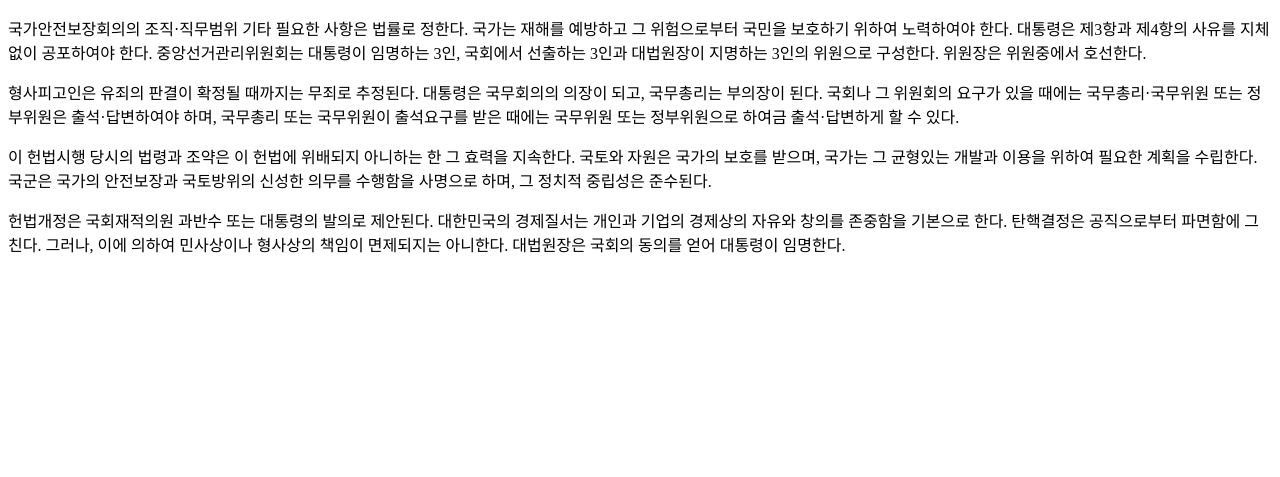
Repository: AkaKSR/Java_Convergence_New
Page: HTML0826/WebContent/Ex05.html
The author's editor kept a copy of each file at every save. The page is drawn from the files as they stood at one save, then again after the next save.
The browser window is 1280 px wide. The pictures show the whole page.

Above is the page before, as saved 2019-08-26 07:00:24.

### HTML0826/WebContent/Ex05.html
<!DOCTYPE html>
<html>
<head>
<meta charset="UTF-8">
<title>Insert title here</title>
</head>
<body>
	<p>국가안전보장회의의 조직·직무범위 기타 필요한 사항은 법률로 정한다. 국가는 재해를 예방하고 그 위험으로부터 국민을
		보호하기 위하여 노력하여야 한다. 대통령은 제3항과 제4항의 사유를 지체없이 공포하여야 한다. 중앙선거관리위원회는 대통령이
		임명하는 3인, 국회에서 선출하는 3인과 대법원장이 지명하는 3인의 위원으로 구성한다. 위원장은 위원중에서 호선한다.</p>

	<p>형사피고인은 유죄의 판결이 확정될 때까지는 무죄로 추정된다. 대통령은 국무회의의 의장이 되고, 국무총리는 부의장이
		된다. 국회나 그 위원회의 요구가 있을 때에는 국무총리·국무위원 또는 정부위원은 출석·답변하여야 하며, 국무총리 또는
		국무위원이 출석요구를 받은 때에는 국무위원 또는 정부위원으로 하여금 출석·답변하게 할 수 있다.</p>

	<p>이 헌법시행 당시의 법령과 조약은 이 헌법에 위배되지 아니하는 한 그 효력을 지속한다. 국토와 자원은 국가의 보호를
		받으며, 국가는 그 균형있는 개발과 이용을 위하여 필요한 계획을 수립한다. 국군은 국가의 안전보장과 국토방위의 신성한 의무를
		수행함을 사명으로 하며, 그 정치적 중립성은 준수된다.</p>

	<p>헌법개정은 국회재적의원 과반수 또는 대통령의 발의로 제안된다. 대한민국의 경제질서는 개인과 기업의 경제상의 자유와
		창의를 존중함을 기본으로 한다. 탄핵결정은 공직으로부터 파면함에 그친다. 그러나, 이에 의하여 민사상이나 형사상의 책임이
		면제되지는 아니한다. 대법원장은 국회의 동의를 얻어 대통령이 임명한다.</p>

</body>
</html>

After the next save:
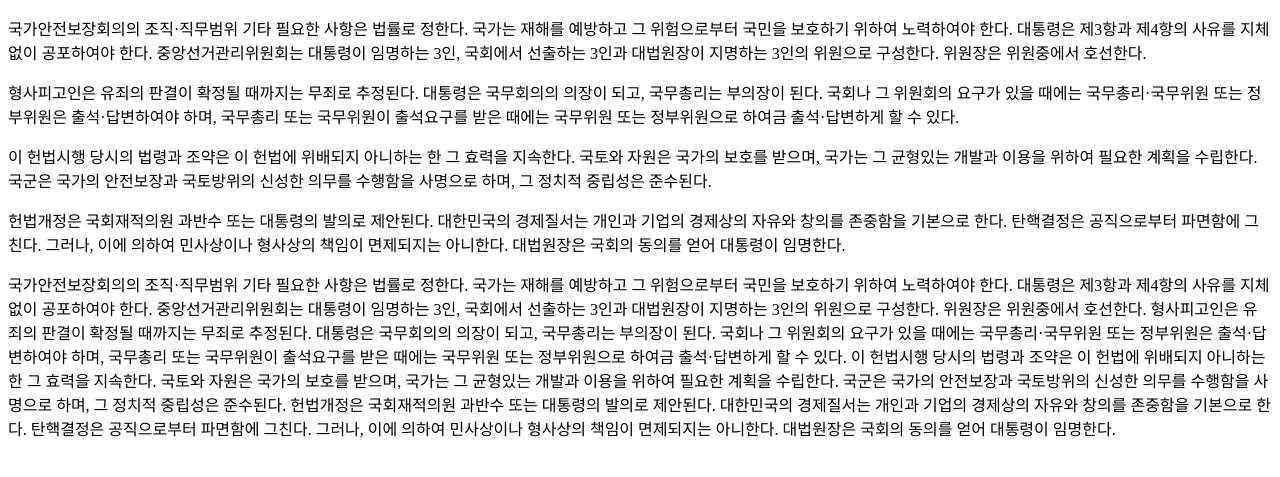
Saved 14 s later.
--- a/HTML0826/WebContent/Ex05.html
+++ b/HTML0826/WebContent/Ex05.html
@@ -21,5 +21,16 @@
 		창의를 존중함을 기본으로 한다. 탄핵결정은 공직으로부터 파면함에 그친다. 그러나, 이에 의하여 민사상이나 형사상의 책임이
 		면제되지는 아니한다. 대법원장은 국회의 동의를 얻어 대통령이 임명한다.</p>
 
+	국가안전보장회의의 조직·직무범위 기타 필요한 사항은 법률로 정한다. 국가는 재해를 예방하고 그 위험으로부터 국민을 보호하기
+	위하여 노력하여야 한다. 대통령은 제3항과 제4항의 사유를 지체없이 공포하여야 한다. 중앙선거관리위원회는 대통령이 임명하는
+	3인, 국회에서 선출하는 3인과 대법원장이 지명하는 3인의 위원으로 구성한다. 위원장은 위원중에서 호선한다. 형사피고인은 유죄의
+	판결이 확정될 때까지는 무죄로 추정된다. 대통령은 국무회의의 의장이 되고, 국무총리는 부의장이 된다. 국회나 그 위원회의 요구가
+	있을 때에는 국무총리·국무위원 또는 정부위원은 출석·답변하여야 하며, 국무총리 또는 국무위원이 출석요구를 받은 때에는 국무위원
+	또는 정부위원으로 하여금 출석·답변하게 할 수 있다. 이 헌법시행 당시의 법령과 조약은 이 헌법에 위배되지 아니하는 한 그
+	효력을 지속한다. 국토와 자원은 국가의 보호를 받으며, 국가는 그 균형있는 개발과 이용을 위하여 필요한 계획을 수립한다. 국군은
+	국가의 안전보장과 국토방위의 신성한 의무를 수행함을 사명으로 하며, 그 정치적 중립성은 준수된다. 헌법개정은 국회재적의원 과반수
+	또는 대통령의 발의로 제안된다. 대한민국의 경제질서는 개인과 기업의 경제상의 자유와 창의를 존중함을 기본으로 한다. 탄핵결정은
+	공직으로부터 파면함에 그친다. 그러나, 이에 의하여 민사상이나 형사상의 책임이 면제되지는 아니한다. 대법원장은 국회의 동의를
+	얻어 대통령이 임명한다.
 </body>
 </html>

After the save that followed:
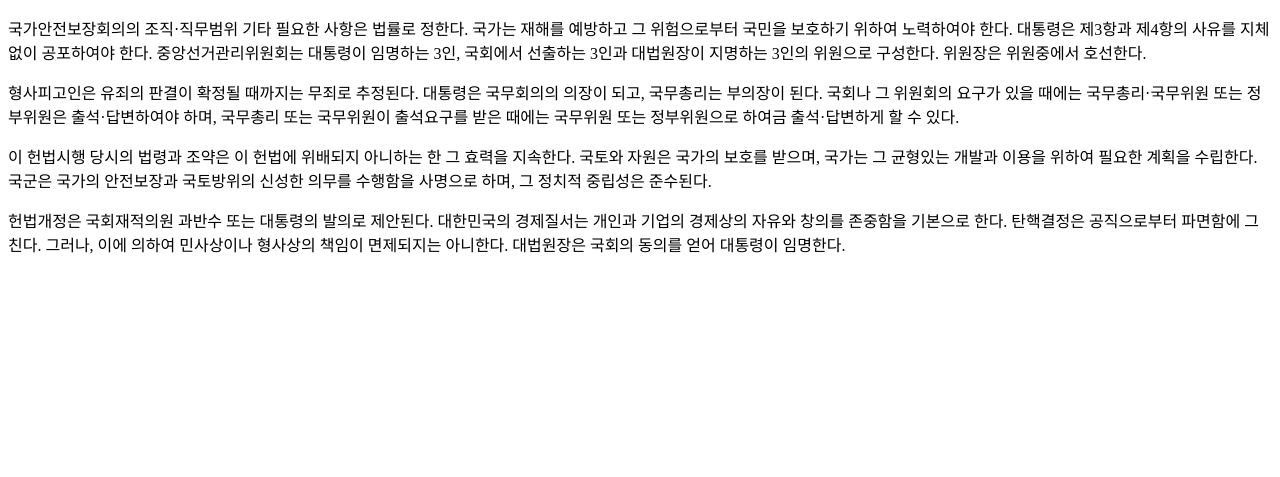
Saved 18 s later.
--- a/HTML0826/WebContent/Ex05.html
+++ b/HTML0826/WebContent/Ex05.html
@@ -21,16 +21,5 @@
 		창의를 존중함을 기본으로 한다. 탄핵결정은 공직으로부터 파면함에 그친다. 그러나, 이에 의하여 민사상이나 형사상의 책임이
 		면제되지는 아니한다. 대법원장은 국회의 동의를 얻어 대통령이 임명한다.</p>
 
-	국가안전보장회의의 조직·직무범위 기타 필요한 사항은 법률로 정한다. 국가는 재해를 예방하고 그 위험으로부터 국민을 보호하기
-	위하여 노력하여야 한다. 대통령은 제3항과 제4항의 사유를 지체없이 공포하여야 한다. 중앙선거관리위원회는 대통령이 임명하는
-	3인, 국회에서 선출하는 3인과 대법원장이 지명하는 3인의 위원으로 구성한다. 위원장은 위원중에서 호선한다. 형사피고인은 유죄의
-	판결이 확정될 때까지는 무죄로 추정된다. 대통령은 국무회의의 의장이 되고, 국무총리는 부의장이 된다. 국회나 그 위원회의 요구가
-	있을 때에는 국무총리·국무위원 또는 정부위원은 출석·답변하여야 하며, 국무총리 또는 국무위원이 출석요구를 받은 때에는 국무위원
-	또는 정부위원으로 하여금 출석·답변하게 할 수 있다. 이 헌법시행 당시의 법령과 조약은 이 헌법에 위배되지 아니하는 한 그
-	효력을 지속한다. 국토와 자원은 국가의 보호를 받으며, 국가는 그 균형있는 개발과 이용을 위하여 필요한 계획을 수립한다. 국군은
-	국가의 안전보장과 국토방위의 신성한 의무를 수행함을 사명으로 하며, 그 정치적 중립성은 준수된다. 헌법개정은 국회재적의원 과반수
-	또는 대통령의 발의로 제안된다. 대한민국의 경제질서는 개인과 기업의 경제상의 자유와 창의를 존중함을 기본으로 한다. 탄핵결정은
-	공직으로부터 파면함에 그친다. 그러나, 이에 의하여 민사상이나 형사상의 책임이 면제되지는 아니한다. 대법원장은 국회의 동의를
-	얻어 대통령이 임명한다.
 </body>
 </html>
